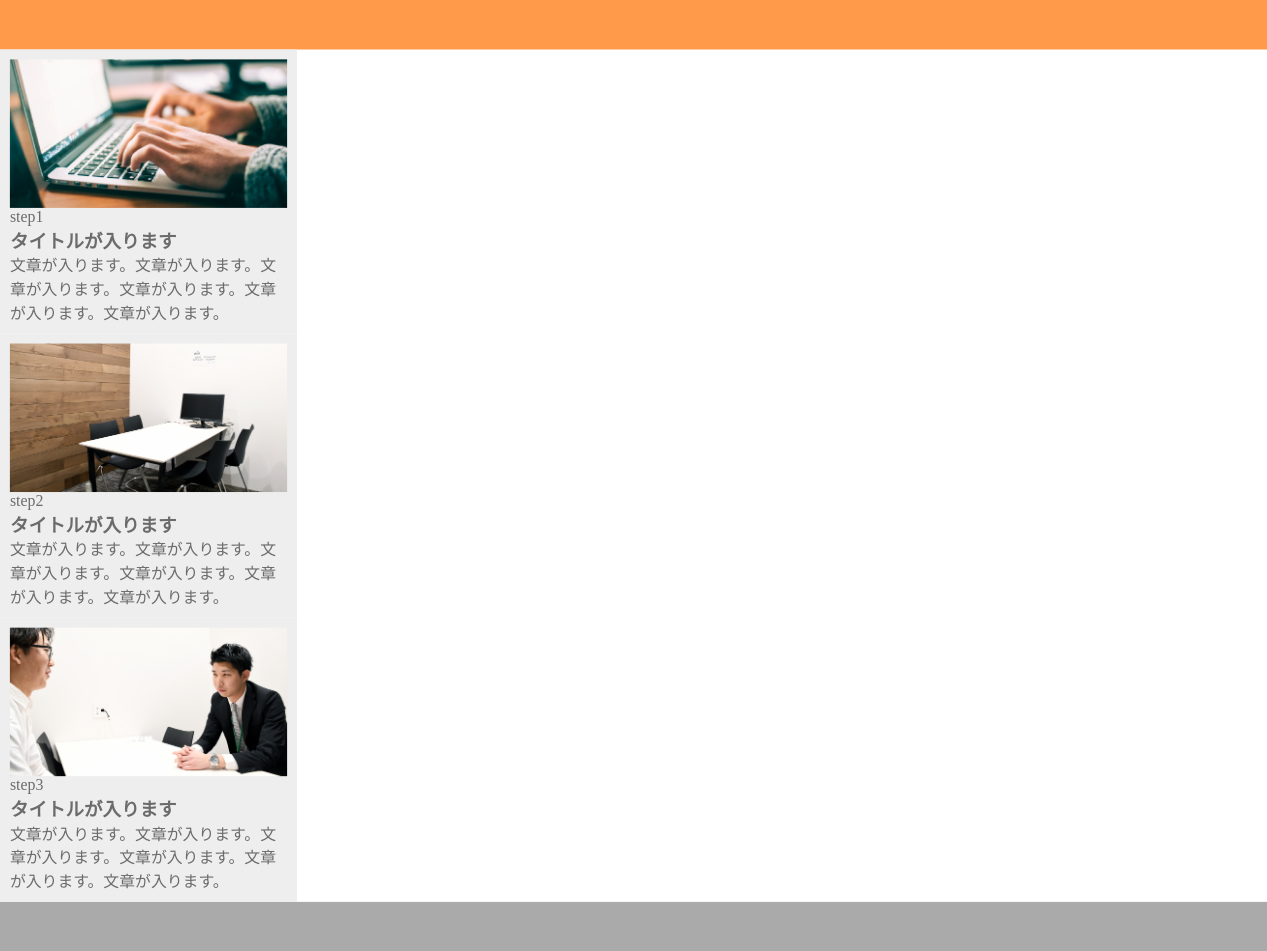
Repository: Yuki-Kawagoe/chapter4
Page: chapter9/index.html
The author's editor kept a record of every edit. The page is drawn from the files as they stood at one moment, then again after the next edit.
The browser window is 1280 px wide. The pictures show the whole page, at 99% of full size.

Above is the page before.

### chapter9/index.html
<!DOCTYPE html>
 <html lang="ja">
 <head>
  <meta charset="UTF-8">
  <link rel="stylesheet" href="style.css" />
  <title>Chapter9</title>
 </head>

 <body>
   <header></header>


   <main>
    <div class="step-box">
      <div class="step-img1"></div>
       <span class="step-num">step1</span>
        <h3 class="box-title">タイトルが入ります</h3>
          <p class="box-text">
           文章が入ります。文章が入ります。文章が入ります。文章が入ります。文章が入ります。文章が入ります。</p>
    </div>

    <div class="step-box">
      <div class="step-img2"></div>
       <span class="step-num">step2</span>
        <h3 class="box-title">タイトルが入ります</h3>
          <p class="box-text">
           文章が入ります。文章が入ります。文章が入ります。文章が入ります。文章が入ります。文章が入ります。</p>
    </div>

    <div class="step-box">
      <div class="step-img3"></div>
       <span class="step-num">step3</span>
        <h3 class="box-title">タイトルが入ります</h3>
          <p class="box-text">
           文章が入ります。文章が入ります。文章が入ります。文章が入ります。文章が入ります。文章が入ります。</p>
    </div>
   </main>

   <footer></footer>

 </body>

 </html>

### chapter9/style.css
* {
  margin: 0px;
  padding: 0px;
  box-sizing: border-box;
  color: #6c6b6b;
}

header {
  height: 50px;
  background-color: #FF9A4B
}

.main {
  width: 960px;
  margin: 50px auto;
  display: flex;

}

.step-box {
  width: 300px;
  padding: 10px;
  margin-right: 30px;
  background-color: #EEEEEE;
  position: relative;
}

.step-img1 {
  height: 150px;
  background-image: url(img/flow01.png);
  background-position: bottom;
  background-size: cover;
}

.step-img2 {
  height: 150px;
  background-image: url(img/flow02.png);
  background-position: bottom;
  background-size: cover;
}


.step-img3 {
  height: 150px;
  background-image: url(img/flow03.png);
  background-position:bottom;
  background-size:cover;
}

.stem-num {
  position: absolute;
  top:0;
  left:0;
  background-color: #ff9a4b;
  color: #fff;
}

.main-title {
  margin-top: 15px;
  margin-bottom: 5px;
}

.sub {
  background-color: #FF9A4B;
  color: white;
  height: 20px;
  width: 30px;
}

footer {
  width: 100%;
  height: 50px;
  background-color: #AAAAAA
}

After the next edit:
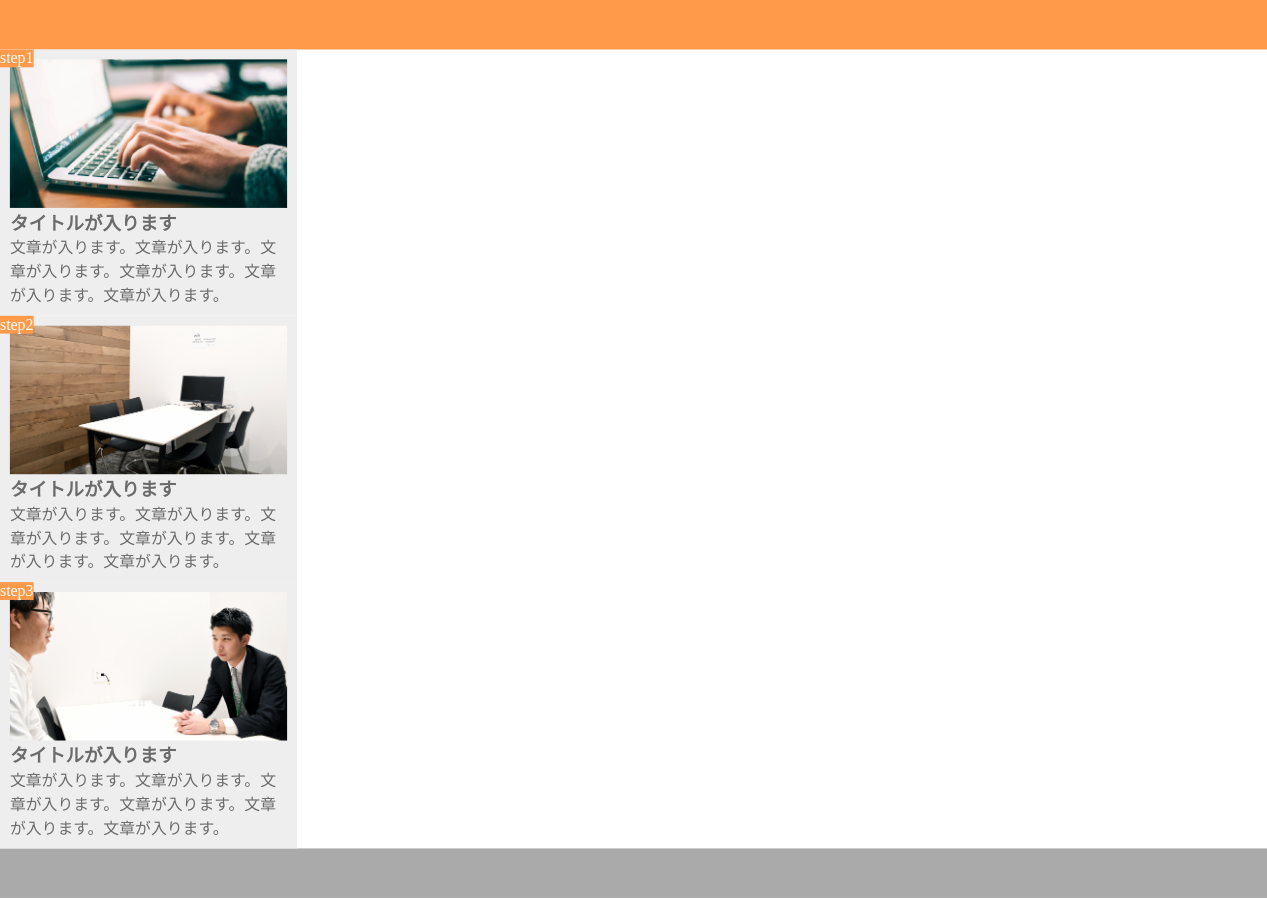
The edit:
--- a/chapter9/style.css
+++ b/chapter9/style.css
@@ -47,7 +47,7 @@
   background-size:cover;
 }
 
-.stem-num {
+.step-num {
   position: absolute;
   top:0;
   left:0;
